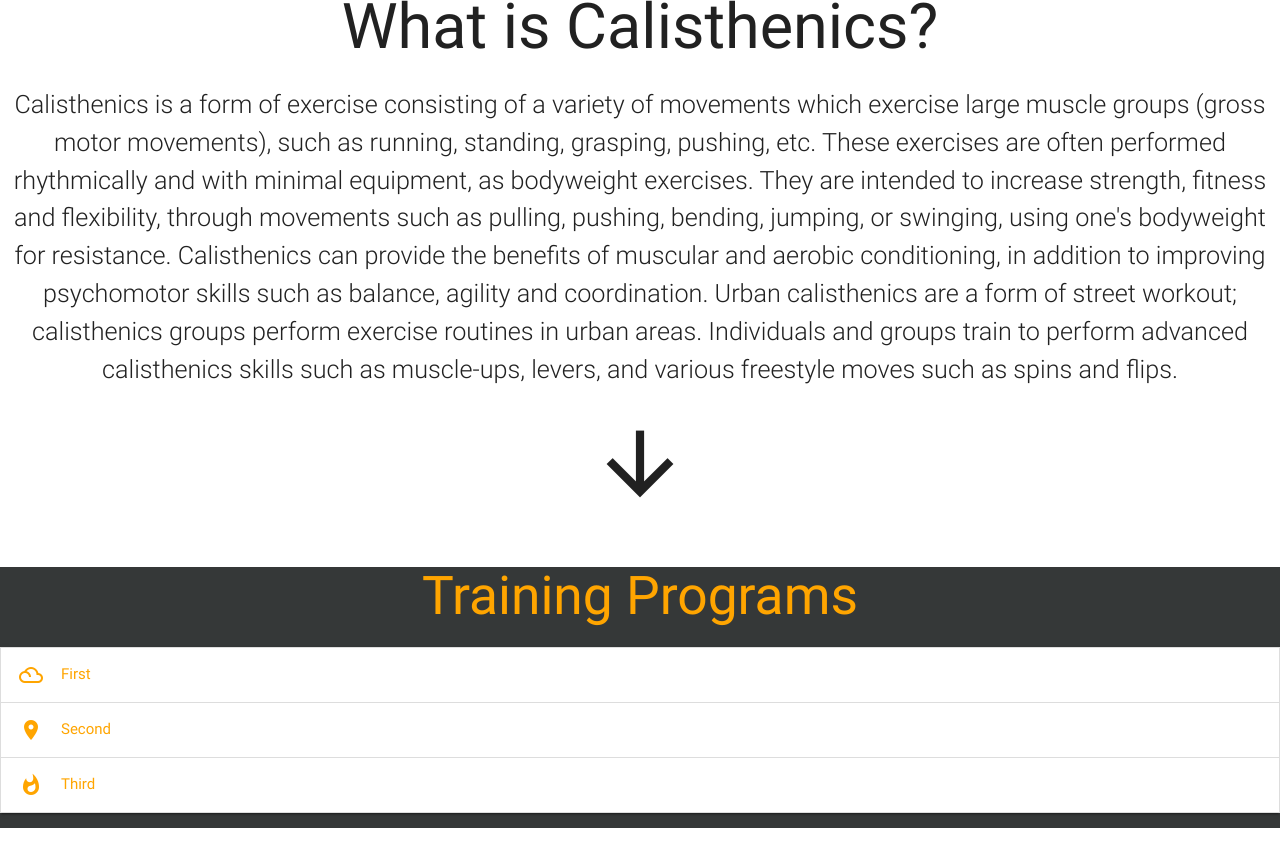
Repository: Ario124/calisthenics-project
Page: http://localhost/
The author's editor kept a record of every edit. The page is drawn from the files as they stood at one moment, then again after the next edit.
The browser window is 1280 px wide. The pictures show the part of the page from y = 824 to 1776 px (the page is 1672 px tall before and 1776 px after).
The page is served by the project's application, run on Flask 3 (app.py).

Above is the page before.
Console error: TypeError: Cannot read properties of null (reading 'addEventListener')

After the next edit:
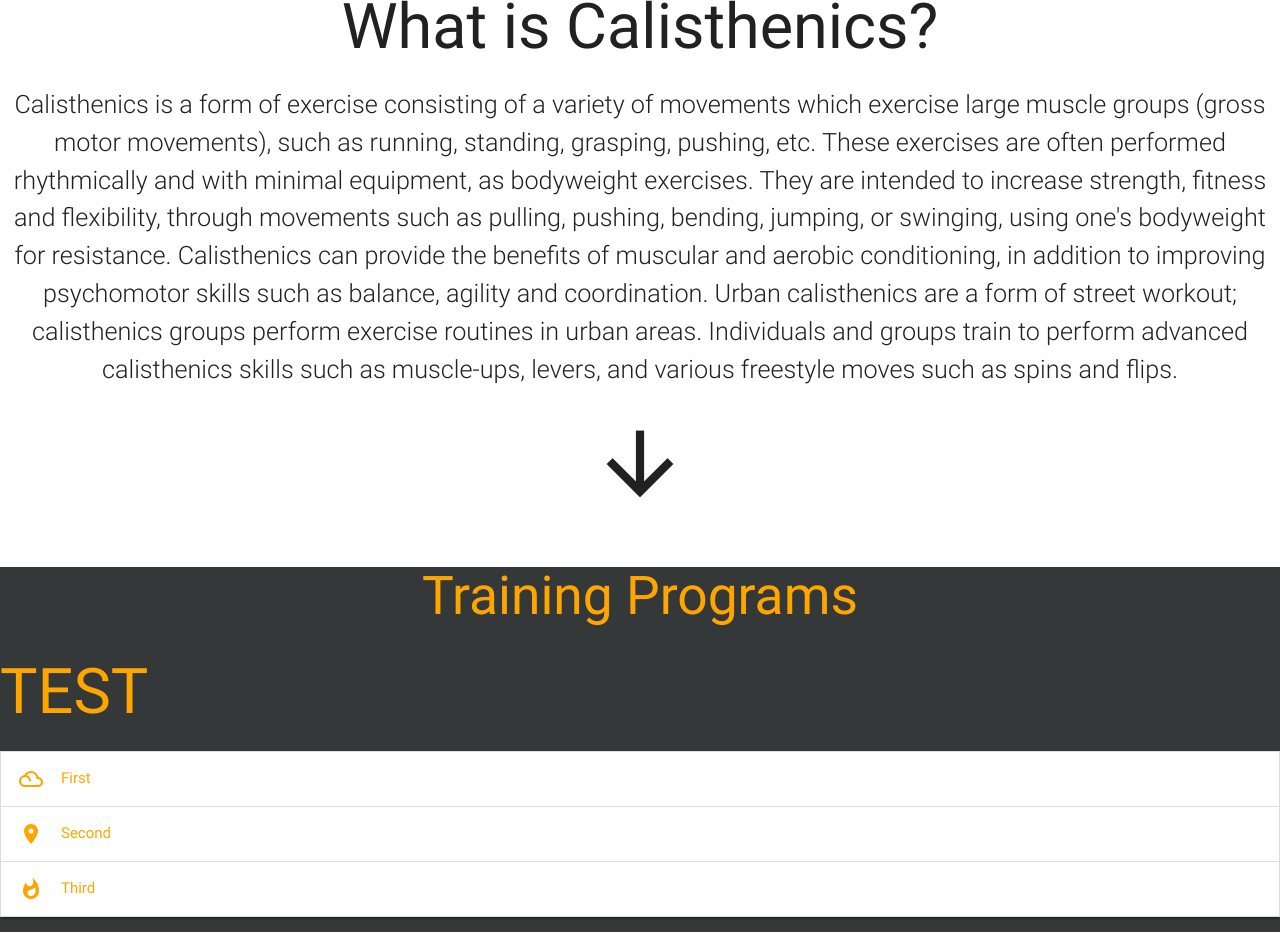
The edit:
--- a/templates/index.html
+++ b/templates/index.html
@@ -46,15 +46,9 @@
                 </div>
                <div class="row contoo">
                     <h2 class="center-align">Training Programs</h2>
-                                         {% for program in training_programs %}
-                {{program.program_name}}
-                {{program.program_category}}
-                {{program.difficulty_level}}
-                {{program.strength_required}}
-                {{program.sets_amount}}
-                {{program.reps_amount}}
-                {{program.equipment_required}}
-                 {% endfor %}
+                    <h1>TEST</h1>
+
+
 
               <ul class="collapsible">
                 <li>
